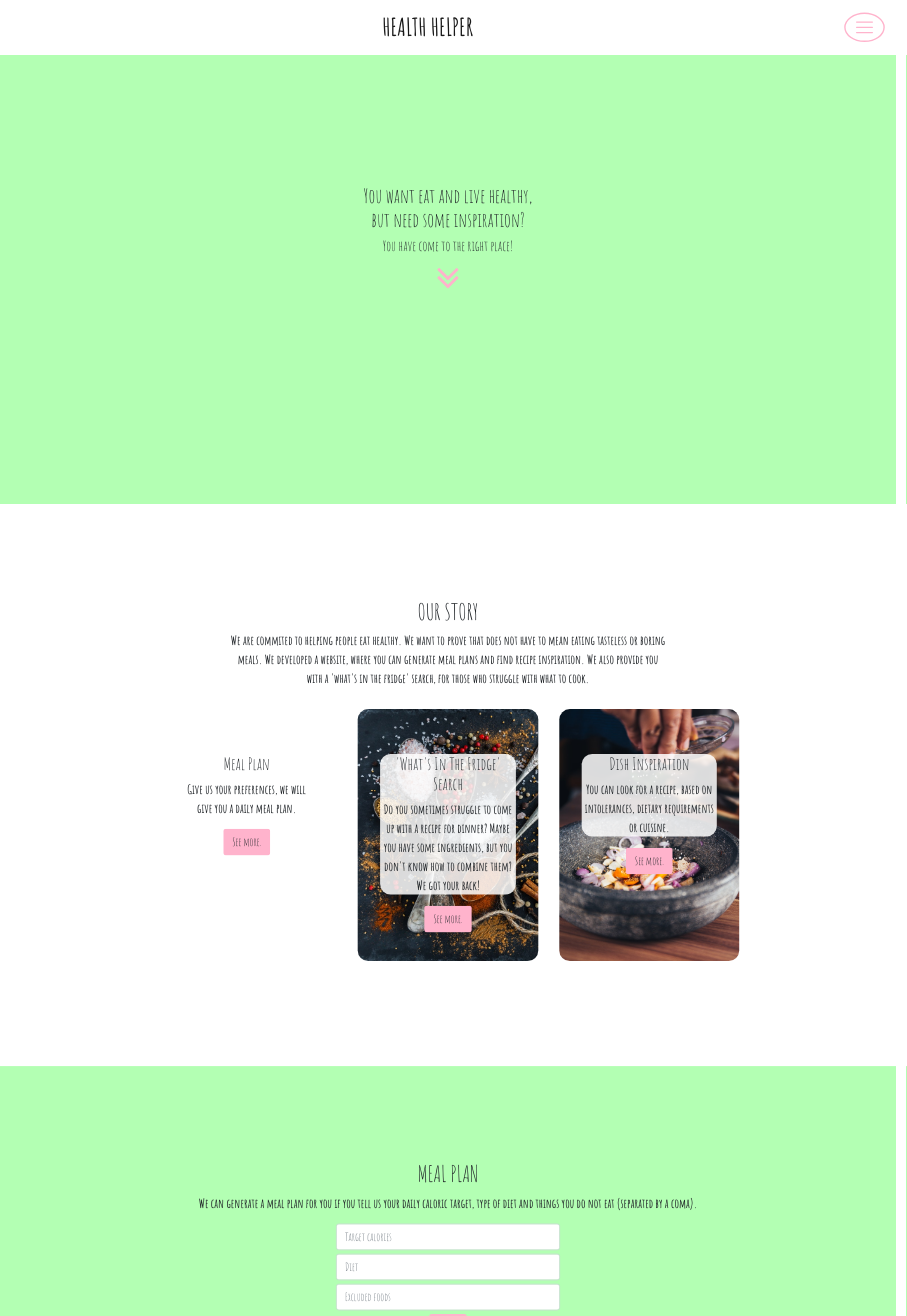
Repository: diovcharova/milestoneproject2
Page: index.html
The author's editor kept a record of every edit. The page is drawn from the files as they stood at one moment, then again after the next edit.
The browser window is 1280 px wide. The page is 1295 px wide, so the pictures cover 1295 px, including what lies to the right of the window. The pictures show the part of the page from y = 0 to 1880 px (the page is 4429 px tall), at 70% of full size.

Above is the page before.
Console error: ReferenceError: emailjs is not defined

After the next edit:
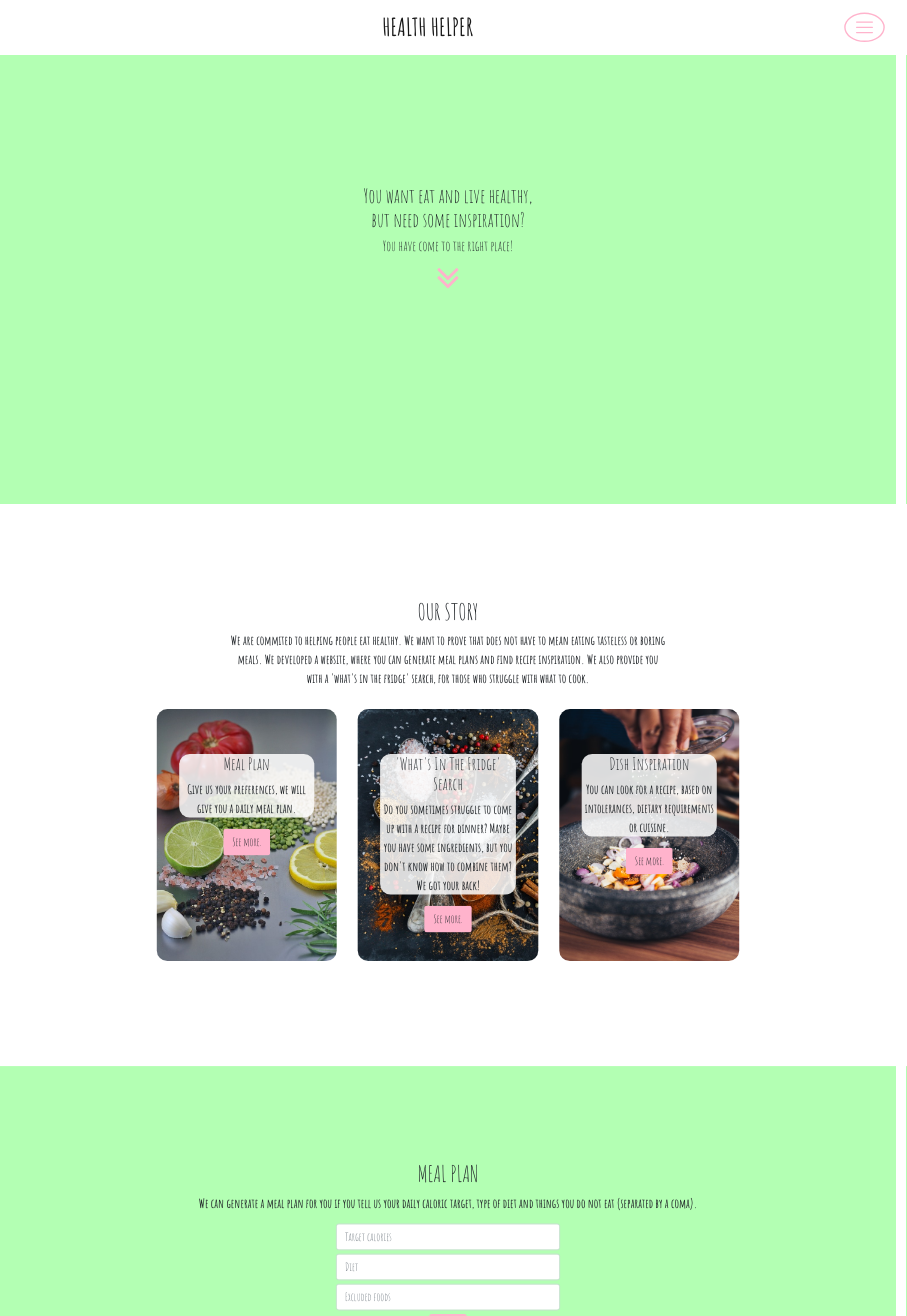
The edit:
--- a/assets/css/style.css
+++ b/assets/css/style.css
@@ -217,7 +217,7 @@
 /* ------------------- Our story */
 
 
-.nutrientsection {
+.mealplansection {
     background-image: url('../images/nutrients.jpg');
     background-repeat: no-repeat;
     -webkit-background-size: cover;
